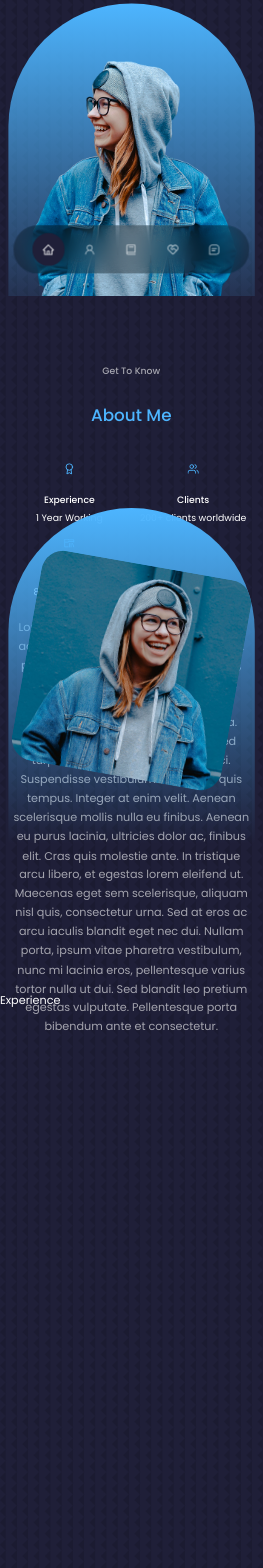
Repository: smallchungus/resumeWebsite
Page: / (app in hello/)
The author's editor kept a copy of each file at every save. The page is drawn from the files as they stood at one save, then again after a run of saves.
The browser window is 375 px wide. The pictures show the part of the page from y = 377 to 2617 px (the page is 6203 px tall), at 70% of full size.
The project was rebuilt for these pictures with package versions that can differ from the ones it lists, and the page was loaded fresh each time. Also part of the build but not shown: hello/src/components/experience/experience.css, hello/src/components/portfolio/portfolio.css, hello/src/components/contact/contact.css, hello/src/components/footer/footer.css. Imported but missing from the stored project, and not drawn on this page: hello/src/assets/cv.pdf.

Above is the page before, as saved 2023-03-23 18:13:49.

### hello/public/index.html
<!DOCTYPE html>
<html lang="en">

<head>
    <meta charset="UTF-8">
    <meta http-equiv="X-UA-Compatible" content="IE=edge">
    <meta name="viewport" content="width-device-width, initial-scale=1.0">
    <title>Resume Portfolio Website</title>
</head>
<body>
    <div id="root"></div>
</body>
</html>

### hello/src/App.jsx
import React from 'react'
import Header from './components/header/Header'
import Nav from './components/nav/Nav'
import About from './components/about/About'
import Experience from './components/experience/Experience'
import Services from './components/services/Services'
import Portfolio from './components/portfolio/Portfolio'
import Testimonial from './components/testimonial/Testimonial'
import Contact from './components/contact/Contact'
import Footer from './components/footer/Footer'

const App = () => {
  return (
    <>
    <Header />
    <Nav />
    <About />
    <Experience />
    <Services />
    <Portfolio />
    <Testimonial />
    <Contact />
    <Footer />
    </>
  )
}

export default App

### hello/src/index.css
@import url('https://fonts.googleapis.com/css2?family=Poppins:wght@300;400;500;600&display=swap');

*{
    margin: 0;
    padding: 0;
    border :0;
    outline: 0;
    box-sizing: border-box;
    list-style: none;
    text-decoration: none;

}

:root {
    --color-bg: #1f1f38;
    --color-bg-variant: #2c2c6c;
    --color-primary: #4db5ff;
    --color-primary-variant: rgba(77, 181, 255, 0.4);
    --color-white: #fff;
    --color-light: rgba(255,255,255,0.6);

    --transition: all 400ms ease;

    --container-width-lg: 75%;
    --container-width-md: 86%;
    --container-width-sm: 90%;

}

html{
    scroll-behavior: smooth;
}

body{
    font-family: 'Poppins', sans-serif;
    background: var(--color-bg);
    color: var(--color-white);
    line-height: 1.7;
    background-image: url(../src/assets/bg-texture.png)
}

/* ======================= General Styles =================*/

.container{
    width: var(--container-width-lg);
    margin: 0 auto;
}

h1,h2,h3,h4,h5{
    font-weight: 500;
}

h1{
    font-size:2.5rem;

}

section {
    margin-top: 8rem;
    height: 100vh;
}

section > h2, section > h5 {
    text-align: center;
    color: var(--color-light);
}

section > h2 {
    color: var(--color-primary);
    margin-bottom: 3rem;
}

.text-light{
    color:var(--color-light);
}

a{
    color: var(--color-primary);
    transition: var(--transition);
}

a:hover{
    color: var(--color-white);
}

.btn{
    width: max-content;
    display: inline-block;
    color: var(--color-primary);
    padding: 0.75rem 1.2rem;
    border-radius: 0.4rem;
    cursor: pointer;
    border: 1px solid var(--color-primary);
    transition: var( --transition );
}

.btn:hover{
    background: var(--color-white);
    color: var(--color-bg);
    border-color: transparent;
}

.btn-primary{
    background: var(--color-primary);
    color: var(--color-bg);
}

img{
    display: block;
    width: 100%;
    object-fit: cover;
}


/*==================Media Queries (Medium Devices ) ============= */
@media screen and (max-width: 1024px) {
    .container{
        width: var(--container-width-md);
    }

    section{
        margin-top: 6rem;
    }
}

/*==================Media Queries (Small Devices ) ============= */
@media screen and (max-width: 600px) {
    .container{
        width: var(--container-width-sm);
    }

    section > h2{
        margin-top: 2rem;
    }
}

### hello/src/components/header/Header.jsx
import React from 'react'
import './header.css'
import CTA from './CTA'
import ME from '../../assets/me.png'
import HeaderSocials from './HeaderSocials'
const Header = () => {
  return (
    <header>
      <div className="container header_container">
        <h5>Hello I'm</h5>
        <h1>William Chen</h1>
        <h5 className='text-light'>Fullstack Developer</h5>
        <CTA />
        <HeaderSocials/>

        <div className="me">
          <img src={ME} alt="me" />
        </div>

        <a href='#contact' className='scroll_down'>Scroll down</a>
      </div>
    </header>
  )
}

export default Header

### hello/src/components/nav/Nav.jsx
import React from 'react'
import './nav.css'
import {AiOutlineHome} from 'react-icons/ai'
import {AiOutlineUser}  from 'react-icons/ai'
import {BiBook} from 'react-icons/bi'
import {RiServiceLine} from 'react-icons/ri'
import {BiMessageSquareDetail} from 'react-icons/bi'
import {useState} from 'react'

const Nav = () => {
  const[activeNav, setActiveNav] = useState('#');
  return (
    <nav>
      <a href="#" onClick={() => setActiveNav('#')} className={activeNav === '#' ? 'active' : ''}><AiOutlineHome/></a>
      <a href="#about" onClick={() => setActiveNav('#about')} className={activeNav === '#about' ? 'active' : ''}><AiOutlineUser/></a>
      <a href="#experience" onClick={() => setActiveNav('#experience')} className={activeNav === '#experience' ? 'active' : ''}><BiBook/></a>
      <a href="#services" onClick={() => setActiveNav('#services')} className={activeNav === '#services' ? 'active' : ''}><RiServiceLine/></a>
      <a href="#contact" onClick={() => setActiveNav('#contact')} className={activeNav === '#contact' ? 'active' : ''}><BiMessageSquareDetail/></a>
    </nav>
  )
}

export default Nav

### hello/src/components/about/About.jsx
import React from 'react'
import './about.css'
import ME from '../../assets/me-about.jpg'
import {FiAward} from 'react-icons/fi'
import {FiUsers} from 'react-icons/fi'
import {VscFolderLibrary} from 'react-icons/vsc'

const About = () => {
  return (
    <section id='about'>
      <h5>Get To Know </h5>
      <h2>About Me</h2>

      <div className="container about_container">
        <div className="about me" >
          <div className="about_me-image">
          <img src={ME} alt="About Image" />
          </div>
        </div>

        <div className="about_content">
          <div className="about_cards">
            <article classNane="about_card">
              <FiAward className='about_icon'/>
              <h5>Experience</h5>
              <small>1 Year Working</small>
            </article>

            <article classNane="about_card">
              <FiUsers className='about_icon'/>
              <h5>Clients</h5>
              <small>200+ clients worldwide</small>
            </article>

            <article classNane="about_card">
              <VscFolderLibrary className='about_icon'/>
              <h5>Projects</h5>
              <small>80+ completed</small>
            </article>
          </div>

          <p>
          Lorem ipsum dolor sit amet, consectetur adipiscing elit. Etiam lacinia nisl sit amet placerat gravida. Phasellus nibh neque, placerat in faucibus
          id, eleifend id dui. Nunc ultrices condimentum elit eu faucibus. Curabitur sed libero magna. Pellentesque magna dui, egestas sed turpis
          sit amet, pretium dictum orci. Suspendisse vestibulum lacinia elit quis tempus. Integer at enim velit. Aenean scelerisque mollis nulla eu finibus. Aenean eu purus lacinia, ultricies dolor ac, finibus elit.
          Cras quis molestie ante. In tristique arcu libero, et egestas lorem eleifend ut. Maecenas eget sem scelerisque, aliquam nisl quis, consectetur urna. Sed at eros ac arcu iaculis blandit eget nec dui. Nullam porta,
          ipsum vitae pharetra vestibulum, nunc mi lacinia eros, pellentesque varius tortor nulla ut dui. Sed blandit leo pretium egestas vulputate. Pellentesque porta bibendum ante et consectetur.



          </p>


        </div>

      </div>

    </section>
  )
}

export default About

### hello/src/components/experience/Experience.jsx
import React from 'react'
import './experience.css'
const Experience = () => {
  return (
    <section id='experience'>Experience</section>
  )
}

export default Experience

### hello/src/components/portfolio/Portfolio.jsx
import React from 'react'
import './portfolio.css'


const Portfolio = () => {
  return (
    < section id='portfolio'>Portfolio</section>
  )
}

export default Portfolio

### hello/src/components/testimonial/Testimonial.jsx
import React from 'react'
import './testimonial.css'
const Testimonial = () => {
  return (
    <section id='testimonials'>Testimonial</section>
  )
}

export default Testimonial

### hello/src/components/contact/Contact.jsx
import React from 'react'
import './contact.css'
const Contact = () => {
  return (
    <section id='contact'>Contact</section>
  )
}

export default Contact

### hello/src/components/header/header.css
header {
    height: 100vh;
    padding-top: 7rem;
    overflow: hidden;
}

.header_container{
    text-align: center;
    height: 100%;
    position: relative;
}

/*========================= CTA ======================= */
.cta {
    margin-top: 2.5rem;
    display: flex;
    gap: 1.2rem;
    justify-content: center;

}

/* ======================= Header Socials ==================== */
.header_socials {
    display: flex;
    flex-direction: column;
    align-items: center;
    gap: 0.8rem;
    position: absolute;
    left: 0;
    bottom: 3rem;

}

.header_socials::after{
    content: '';
    width: 1px;
    height: 2rem;
    background: var(--color-primary);
}

/* ===================== ME ==================*/

.me{
    background: linear-gradient(var(--color-primary), transparent);
    width: 22rem;
    height: 30rem;
    position: absolute;
    left: calc(50% - 11rem);
    margin-top: 4rem;
    border-radius: 12rem 12rem 0 0;
    overflow: hidden;
    padding: 5rem 1.5rem 1.5rem 1.5rem;

}

.scroll_down {
    position: absolute;
    right: -2.3rem;
    bottom: 5rem;
    transform: rotate(90deg);
    font-weight: 300;
    font-size: 0.9rem;
}

@media screen and (max-width: 600px) {
    header {
        height: 100vh;
    }
}

@media screen and (max-width: 600px)
{
    header {
        height: 100vh;
    }

    .header_socials, .scroll_down{
        display: none;
    }
}

### hello/src/components/header/CTA.jsx
import React from 'react'
import CV from '../../assets/cv.pdf'
const CTA = () => {
  return (
    <div className ='cta'>
        <a href={CV} download className='btn'>Download CV</a>
        <a href="#contact" className='btn btn-primary'>Let's Talk</a>
    </div>
  )
}

export default CTA

### hello/src/components/header/HeaderSocials.jsx
import React from 'react'
import {BsLinkedin} from 'react-icons/bs'
import {BsGithub} from 'react-icons/bs'
import {AiFillDribbbleSquare} from 'react-icons/ai'
const HeaderSocials = () => {
  return (
    <div className='header_socials'>
        <a href="https://linkedin.com/willchenn" target="_blank"><BsLinkedin></BsLinkedin></a>
        <a href="https://github.com/smallchungus" target="_blank"><BsGithub></BsGithub></a>
        <a href="https://dribble.com/" target="_blank"><AiFillDribbbleSquare></AiFillDribbbleSquare></a>
        </div>
  )
}

export default HeaderSocials

### hello/src/components/nav/nav.css
nav {
    background: rgba(0, 0, 0, 0.3);
    width: max-content;
    display: block;
    padding: 0.7rem 1.7rem;
    z-index: 2;
    position: fixed;
    left: 50%;
    transform: translateX(-50%);
    bottom: 2rem;
    display: flex;
    gap: 0.8rem;
    border-radius: 3rem;
    backdrop-filter: blur(15px);
}

nav a{
    background: transparent;
    padding: 0.9rem;
    border-radius: 50%;
    display: flex;
    color: var(--color-light);
    font-size: 1.1rem;
}

nav a:hover{
    background: rgba(0,0,0,0.3);
}

nav a.active {
    background: var(--color-bg);
    color: var(--color-white);
}

### hello/src/components/about/about.css
.about_container {
    display: grid;
    grid-template-columns: 35% 50%;
    gap: 15%;
}

.about_me {
    width: 100%;
    aspect-ratio: 1/1;
    border-radius: 2rem;
    background: linear-gradient(
        45deg,
        transparent,
        var(--color-primary),
        transparent
    );
    display: grid;
    place-items: center;
}

.about_me-image{
    border-radius: 2rem;
    overflow: hidden;
    transform: rotate(10deg);
    transition: var(--transition);

}

.about_me-image:hover{
    transform: rotate(0);
}

.about_cards{
    display: grid;
    grid-template-columns: repeat(3, lfr);
    gap: 1.5rem;
}

.about_card {
    background: var(--color-bg-variant);
    border: 1px solid transparent;
    border-radius: 1rem;
    padding: 2rem;
    text-align: center;
    transition: var(--transition);
}

.about_card:hover {
    background: transparent;
    border-color: var(--color-primary-variant);
    cursor: default;
}

.about_icon {
    color: var(--color-primary);
    font-size: 1.4 rem;
    margin-bottom: 1rem;
}

.about_card h5 {
    font-size: 0.95rem;
}

.about_card small {
    font-size: 0.7 rem;
    color: var(--color-light);
}

.about_content p {
    margin: 2rem 0 2.6 rem;
    color: var(--color-light);
}

@media screen and (max-width: 1024px) {
    .about_container {
        grid-template-columns: 1fr;
        gap: 0;
    }

    .about_me {
        width: 50%;
        margin: 2rem auto 4rem;
    }

    .about_content p{
        margin: 1rem 0 1.5rem;
    }
}

@media screen and (max-width: 600px )
{
    .about_me{
        width: 65%;
        margin: 0 auto 3rem;
    }
    .about_cards {
        grid-template-columns: 1fr 1fr;
        gap: 1rem;
    }
    .about_content {
        text-align: center;
    }
    .about_content p {
        margin: 1.5rem 0;
    }
}

Loaded but not shown: hello/src/index.js (common file); hello/src/components/services/Services.jsx (common file); hello/src/components/footer/Footer.jsx (common file); hello/src/components/services/services.css (no stored copy; drawn as an empty file); hello/src/components/testimonial/testimonial.css (no stored copy; drawn as an empty file)

After the next 2 saves:
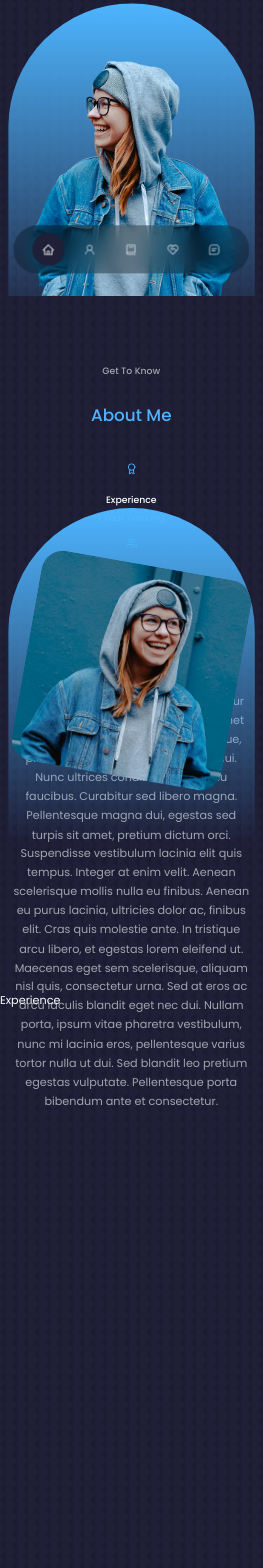
The 2 saves are shown as one change because they came seconds apart.
The last was saved 3 min 54 s later.
--- a/hello/src/components/about/about.css
+++ b/hello/src/components/about/about.css
@@ -94,7 +94,7 @@
         margin: 0 auto 3rem;
     }
     .about_cards {
-        grid-template-columns: 1fr 1fr;
+        grid-template-columns: repeat(1fr 1fr);
         gap: 1rem;
     }
     .about_content {
